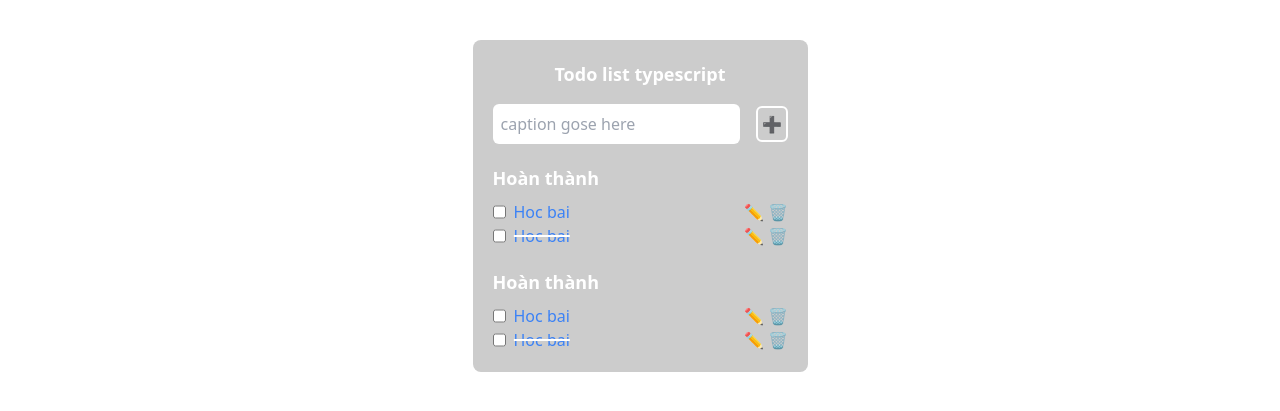
Repository: VIET-TU/react-super-main
Page: / (app in todolist-mybuild/)
These files come from the project's save history. The page is drawn as it stood at one moment and after the next save; the edit follows.
The browser window is 1280 px wide. The pictures show the whole page.
The project was rebuilt for these pictures with package versions that can differ from the ones it lists, and the page was loaded fresh each time. Also part of the build but not shown: todolist-mybuild/vite.config.ts.

Above is the page before, as saved 2023-05-16 07:22:22.

After the next save:
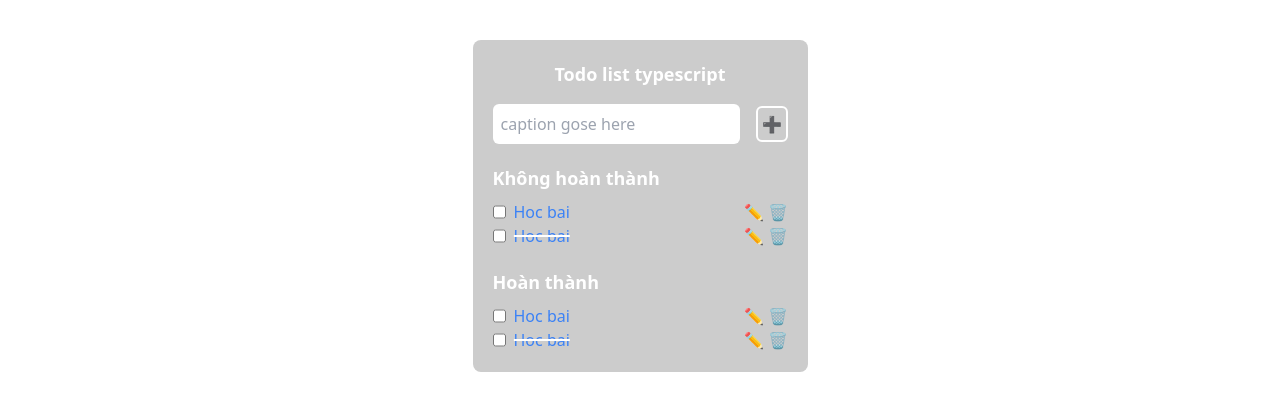
Saved 87 s later.
--- a/todolist-mybuild/src/components/TaskList/TaskList.tsx
+++ b/todolist-mybuild/src/components/TaskList/TaskList.tsx
@@ -1,8 +1,11 @@
 const TaskList = (props) => {
+  const { doneTaskList } = props
   return (
     <div className='mt-5 text-blue-500'>
       <div className='finish'>
-        <h2 className='mb-2 text-lg font-bold text-white text-[20px]'>Hoàn thành</h2>
+        <h2 className='mb-2 text-lg font-bold text-white text-[20px]'>
+          {doneTaskList ? 'Hoàn thành' : 'Không hoàn thành'}
+        </h2>
         <div className='tasks '>
           <div className='flex justify-between task'>
             <div className='flex gap-2'>
